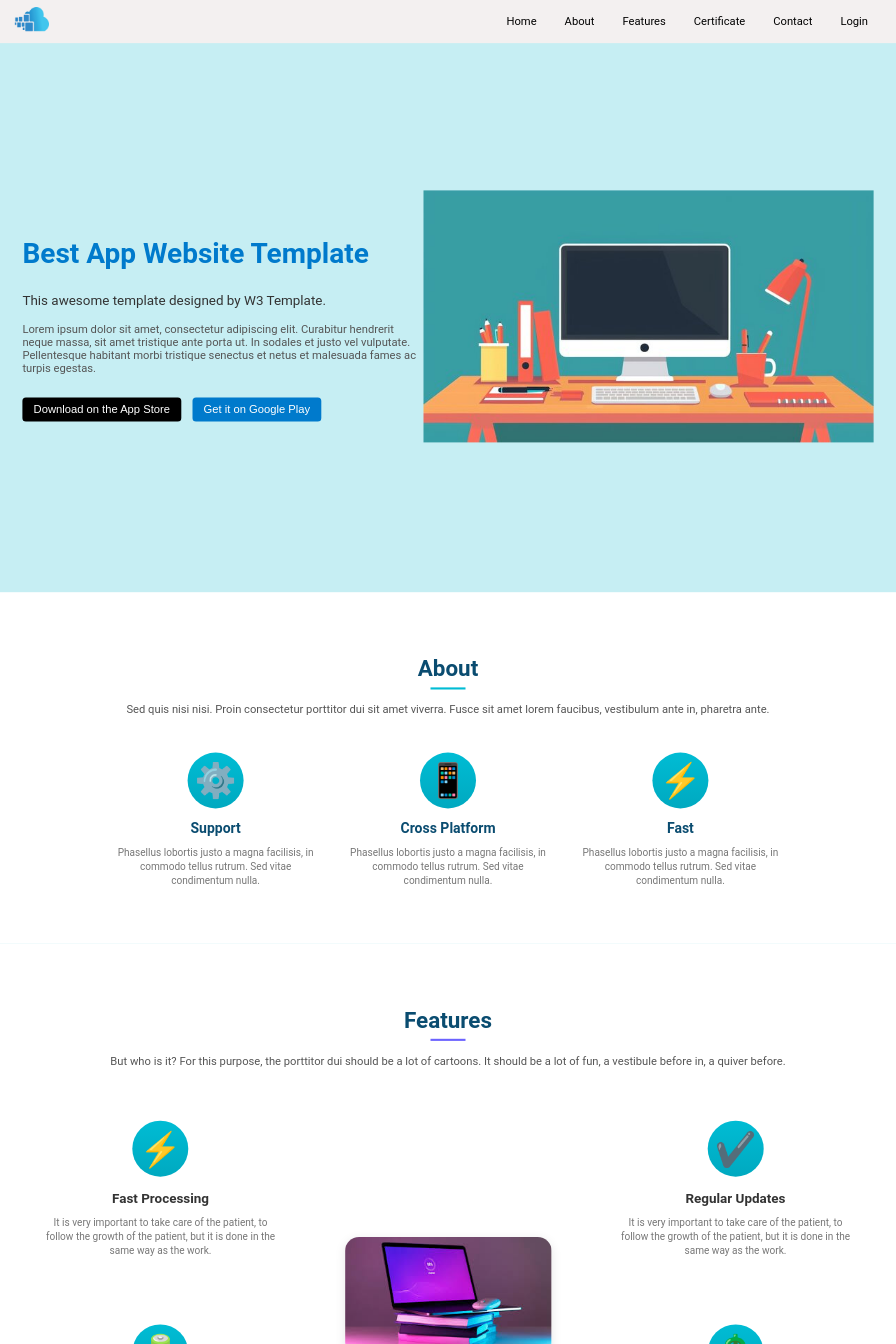
Repository: gautamsonam011/Institute
Page: /
An editor plug-in stored every save of this project. The page is shown before and after the next save, followed by the edit.
The browser window is 1280 px wide. The pictures show the part of the page from y = 0 to 1920 px (the page is 3719 px tall before and 3658 px after), at 70% of full size.
The project was rebuilt for these pictures with package versions that can differ from the ones it lists, and the page was loaded fresh each time. Also part of the build but not shown: vite.config.js, src/Header.jsx, src/Sidebar.jsx, src/Home.jsx, src/students/Addstudent.jsx, src/students/allstudent.css, src/students/Allstudents.jsx, src/Fee management/feehead.css and 9 more.

Above is the page before, as saved 2024-11-27 16:59:50.

### src/components/Last.jsx
import React from 'react'
import Navbar from './Navbar';
import Main from './Main';
import About from './About';
import Features from './Features';
import Team from './Team';
import Contact from './Contact'
import Footer from './Footer';

const Last = () => {
  return (
    <div>
      <Navbar/>
      <Main/>
      <About/>
      <Features/>
      <Team/>
      <Contact/>
      <Footer/>
    </div>
  )
}

export default Last

### src/students/addstudent.css
.form-container {
    width: 96%;
    margin: auto;
    padding: 20px;
    border: 1px solid #ccc;
    border-radius: 10px;
    background-color: #e0f7fa;
    box-shadow: 0 4px 10px rgba(0, 0, 0, 0.1);
  }

  h2 {
    color: #047d8d;
    text-align: center;
    margin-bottom: 20px;
    font-size: 1.5rem;
  }

  .form-group {
    margin-bottom: 20px;
  }

  label {
    display: block;
    font-weight: bold;
    color: #047d8d;
    margin-bottom: 5px;
  }

  input, select, textarea {
    width: 98%;
    padding: 12px;
    margin-top: 5px;
    border: 1px solid #b0bec5;
    border-radius: 4px;
    font-size: 1rem;
    transition: border-color 0.3s;
  }

  input:focus, select:focus, textarea:focus {
    border-color: #047d8d;
    outline: none;
  }

  button {
    padding: 10px 20px;
    background-color: #047d8d;
    color: white;
    border: none;
    cursor: pointer;
    font-size: 16px;
  }

  button:active {
    background-color: #64bdc9;;
  }

### src/components/Main.jsx
import React from "react";
import "./main.css";
import mainbg2 from '../assets/mainbg2.jpg'

const MainPage = () => {
  return (
    <div className="main-containerr">
      <section className="hero">
        <h1>Best App Website Template</h1>
        <p className="subtitle">This awesome template designed by W3 Template.</p>
        <p className="description">
          Lorem ipsum dolor sit amet, consectetur adipiscing elit. Curabitur
          hendrerit neque massa, sit amet tristique ante porta ut. In sodales
          et justo vel vulputate. Pellentesque habitant morbi tristique
          senectus et netus et malesuada fames ac turpis egestas.
        </p>
        <div className="download-buttons">
          <button className="app-store">Download on the App Store</button>
          <button className="google-play">Get it on Google Play</button>
        </div>
      </section>
      <section className="phone-mockup">
        <img src={mainbg2} alt="App Mockup" />
      </section>
    </div>
  );
};

export default MainPage;

### src/components/About.jsx
import React from "react";
import "./about.css";

const About = () => {
  return (
    <section className="about-section" id="about">
      <div className="about-container">
        <h2 className="about-title">About</h2>
        <hr className="about-divider" />
        <p className="about-description">
          Sed quis nisi nisi. Proin consectetur porttitor dui sit amet viverra.
          Fusce sit amet lorem faucibus, vestibulum ante in, pharetra ante.
        </p>
        <div className="about-features">
          <div className="feature">
            <div className="feature-icon support-icon"></div>
            <h3>Support</h3>
            <p>
              Phasellus lobortis justo a magna facilisis, in commodo tellus
              rutrum. Sed vitae condimentum nulla.
            </p>
          </div>
          <div className="feature">
            <div className="feature-icon cross-platform-icon"></div>
            <h3>Cross Platform</h3>
            <p>
              Phasellus lobortis justo a magna facilisis, in commodo tellus
              rutrum. Sed vitae condimentum nulla.
            </p>
          </div>
          <div className="feature">
            <div className="feature-icon fast-icon"></div>
            <h3>Fast</h3>
            <p>
              Phasellus lobortis justo a magna facilisis, in commodo tellus
              rutrum. Sed vitae condimentum nulla.
            </p>
          </div>
        </div>
      </div>
    </section>
  );
};

export default About;

### src/components/Team.jsx
import React from "react";
import "./team.css";
import user1 from '../assets/user1.jpg';
import user2 from '../assets/user2.jpg';
import user3 from '../assets/user3.jpg'

const OurTeam = () => {
  const teamMembers = [
    {
      name: "Jane Doe",
      image: user1, // Replace with the correct image path
      title: "Web Developer",
    },
    {
      name: "John Smith",
      image: user2, // Replace with the correct image path
      title: "UI/UX Designer",
    },
    {
      name: "Mike Johnson",
      image: user3, // Replace with the correct image path
      title: "Project Manager",
    },
  ];

  return (
    <section className="our-team">
      <div className="container">
        <h2 className="team-heading">Our Team</h2>
        <p className="team-description">
          Sed quis nisi nisi. Proin consectetur porttitor dui sit amet viverra. Fusce sit amet lorem faucibus, vestibulum ante in, pharetra ante.
        </p>
        <div className="team-members">
          {teamMembers.map((member, index) => (
            <div key={index} className="team-member">
              <img
                src={member.image}
                alt={member.name}
                className="team-member-img"
              />
              <h3 className="member-name">{member.name}</h3>
              <p className="member-title">{member.title}</p>
            </div>
          ))}
        </div>
      </div>
    </section>
  );
};

export default OurTeam;

### src/components/Footer.jsx
import React from "react";
import "./footer.css";

const Footer = () => {
  return (
    <footer className="footer">
      <div className="container">
        <div className="footer-content">
          {/* About Section */}
          <div className="footer-section">
            <h3>About Us</h3>
            <p>
              We provide excellent training services and certifications. Our goal is to help you grow professionally and achieve your career goals.
            </p>
          </div>
          {/* Quick Links */}
          <div className="footer-section">
            <h3>Quick Links</h3>
            <ul className="footer-links">
              <li><a href="#home">Home</a></li>
              <li><a href="#about">About</a></li>
              <li><a href="#features">Features</a></li>
              <li><a href="#contact">Contact</a></li>
            </ul>
          </div>
          {/* Contact Info */}
          <div className="footer-section">
            <h3>Contact Us</h3>
            <p>New Delhi, India</p>
            <p>Phone: 009900990099</p>
            <p>Email: info@example.com</p>
          </div>
        </div>
        {/* Social Media */}
        <div className="footer-social">
          <a href="#" className="social-icon">
            <i className="fab fa-facebook-f"></i>
          </a>
          <a href="#" className="social-icon">
            <i className="fab fa-twitter"></i>
          </a>
          <a href="#" className="social-icon">
            <i className="fab fa-instagram"></i>
          </a>
          <a href="#" className="social-icon">
            <i className="fab fa-linkedin-in"></i>
          </a>
        </div>
        {/* Footer Bottom */}
        <div className="footer-bottom">
          <p>© 2024 Your Company. All Rights Reserved.</p>
        </div>
      </div>
    </footer>
  );
};

export default Footer;

### src/components/navbar.css
/* Navbar styles */
.navbar {
  display: flex;
  justify-content: space-between;
  align-items: center;
  padding: 10px 20px;
  background-color: #f3f0f0;
}

.navbar .logo img {
  width: 50px;
}

.navbar .nav-links {
  display: flex;
  gap: 20px;
}

.navbar .nav-links ul {
  list-style: none;
  margin: 0;
  padding: 0;
  display: flex;
}

.navbar .nav-links li a {
  color: rgb(2, 2, 2);
  text-decoration: none;
  padding: 10px 20px;
}

.navbar .hamburger {
  display: none;
  cursor: pointer;
}

.navbar .hamburger .bar {
  width: 25px;
  height: 4px;
  background-color: rgb(14, 13, 13);
  margin: 5px;
  transition: all 0.3s;
}

/* Show the hamburger icon on small screens */
@media (max-width: 768px) {
  .navbar .nav-links {
    display: none;
    width: 100%;
    flex-direction: column;
    align-items: center;
    position: absolute;
    top: 60px;
    left: 0;
    background-color: #333;
    z-index: 100;
  }

  .navbar .nav-links.active {
    display: flex;
  }

  .navbar .hamburger {
    display: block;
  }

  .navbar .hamburger.active .bar:nth-child(1) {
    transform: rotate(45deg);
    position: relative;
    top: 9px;
  }

  .navbar .hamburger.active .bar:nth-child(2) {
    opacity: 0;
  }

  .navbar .hamburger.active .bar:nth-child(3) {
    transform: rotate(-45deg);
    position: relative;
    top: -9px;
  }
}

### src/components/main.css
.main-containerr {
    padding: 2rem;
    background-color: #c6eef3;
    display: flex;
    justify-content: space-between;
    align-items: center;
    min-height: 100vh;
  }

  .hero {
    max-width: 50%;
  }

  .hero h1 {
    font-size: 2.5rem;
    color: #007acc;
  }

  .hero .subtitle {
    margin-top: 0.5rem;
    font-size: 1.2rem;
    color: #333;
  }

  .hero .description {
    margin-top: 1rem;
    font-size: 1rem;
    color: #555;
  }

  .download-buttons {
    margin-top: 2rem;
  }

  .download-buttons button {
    margin-right: 1rem;
    padding: 0.5rem 1rem;
    font-size: 1rem;
    border: none;
    border-radius: 5px;
    cursor: pointer;
  }

  .app-store {
    background-color: black;
    color: white;
  }

  .google-play {
    background-color: #007acc;
    color: white;
  }

  .phone-mockup img {
    max-height: 1000px;
  }
  @media (max-width: 768px) {
    .hero, .phone-mockup {
      max-width: 100%; /* Stacks the content vertically */
      text-align: center;
    }

    .main-containerr {
      flex-direction: column;
    }
  }

### src/components/about.css
.about-section {
    padding: 4rem 2rem;
    text-align: center;
    background-color: white;
  }

  .about-container {
    max-width: 1200px;
    margin: 0 auto;
  }

  .about-title {
    font-size: 2rem;
    color: #0a4c70;
    font-weight: bold;
    margin-bottom: 0.5rem;
  }

  .about-divider {
    width: 50px;
    height: 3px;
    background-color: #00bcd4;
    border: none;
    margin: 0.5rem auto;
  }

  .about-description {
    font-size: 1rem;
    color: #555;
    margin: 1rem 0 3rem;
    line-height: 1.6;
  }

  .about-features {
    display: flex;
    justify-content: center;
    gap: 2rem;
    flex-wrap: wrap;
  }

  .feature {
    text-align: center;
    max-width: 300px;
  }

  .feature-icon {
    width: 80px;
    height: 80px;
    margin: 0 auto 1rem;
    border-radius: 50%;
    background: linear-gradient(to bottom, #00bcd4, #00a9c0);
    display: flex;
    justify-content: center;
    align-items: center;
    font-size: 2rem;
    color: white;
    transition: transform 0.3s ease, background-color 0.3s ease;
  }

  .feature-icon:hover {
    transform: scale(1.2); /* Enlarges the icon on hover */
    background: linear-gradient(to bottom, #00a9c0, #00bcd4); /* Reverses the gradient */
    cursor: pointer;
  }

  .support-icon::before {
    content: "⚙️"; /* Replace with an actual image or icon if desired */
  }

  .cross-platform-icon::before {
    content: "📱"; /* Replace with an actual image or icon if desired */
  }

  .fast-icon::before {
    content: "⚡"; /* Replace with an actual image or icon if desired */
  }

  .feature h3 {
    font-size: 1.25rem;
    color: #0a4c70;
    margin: 0.5rem 0;
  }

  .feature p {
    font-size: 0.9rem;
    color: #777;
    line-height: 1.4;
  }

### src/components/features.css
.features-section {
    padding: 4rem 2rem;
    text-align: center;
    background-color: white;
  }

  .features-container {
    max-width: 1200px;
    margin: 0 auto;
  }

  .features-title {
    font-size: 2rem;
    color: #0a4c70;
    font-weight: bold;
    margin-bottom: 0.5rem;
  }

  .features-divider {
    width: 50px;
    height: 3px;
    background-color: #6c63ff;
    margin: 0.5rem auto 1rem;
  }

  .features-description {
    font-size: 1rem;
    color: #555;
    margin-bottom: 3rem;
    line-height: 1.6;
  }

  .features-content {
    display: flex;
    align-items: center;
    justify-content: space-between;
    gap: 2rem;
  }

  .features-column {
    display: flex;
    flex-direction: column;
    gap: 2rem;
    flex: 1;
  }

  .feature-card {
    text-align: center;
    padding: 1.5rem;
    /* border: 1px solid #ddd; */
    /* border-radius: 10px;
    background: #f9f9f9; */
    transition: transform 0.3s ease, box-shadow 0.3s ease;
  }

  .feature-card:hover {
    transform: translateY(-10px);
    box-shadow: 0 8px 20px rgba(0, 0, 0, 0.15);
  }

  .feature-icon {
    font-size: 3rem;
    color: #6c63ff;
    margin-bottom: 1rem;
  }

  .feature-title {
    font-size: 1.2rem;
    color: #333;
    font-weight: bold;
    margin-bottom: 0.5rem;
  }

  .feature-description {
    font-size: 0.9rem;
    color: #777;
    line-height: 1.4;
  }

  .features-image {
    flex: 1;
    display: flex;
    justify-content: center;
    align-items: center;
  }

  .features-image img {
    max-width: 100%;
    height: auto;
    border-radius: 20px;
    box-shadow: 0 4px 15px rgba(0, 0, 0, 0.1);
  }

### src/components/team.css
.our-team {
    text-align: center;
    padding: 50px 20px;
    background-color: #f9f9f9;
  }

  .team-heading {
    font-size: 2rem;
    color: #0a4c70;
    font-weight: bold;
    margin-bottom: 20px;
  }

  .team-description {
    color: #555;
    font-size: 1rem;
    margin-bottom: 40px;
  }

  .team-members {
    display: flex;
    justify-content: center;
    gap: 60px; /* Increased gap between images */
    flex-wrap: wrap;
  }

  .team-member {
    max-width: 250px; /* Allows for a larger size */
    text-align: center;
  }

  .team-member-img {
    width: 150px; /* Larger circle size */
    height: 150px; /* Match width for a perfect circle */
    border-radius: 50%;
    object-fit: cover;
    margin-bottom: 15px;
    border: 3px solid #ddd; /* Optional: Add a border for better appearance */
  }

  .member-name {
    font-size: 1rem;
    font-weight: bold;
    color: #333;
    margin-top: 10px;
  }

  .member-title {
    font-size: 0.9rem;
    color: #777;
  }

### src/components/contact.css
.contact-us {
    text-align: center;
    padding: 70px 40px;
    background-color: #f9f9f9;
  }

  .contact-heading {
    font-size: 2rem;
    color: #0a4c70;
    font-weight: bold;
    margin-bottom: 10px;
  }

  .contact-description {
    color: #555;
    font-size: 1rem;
    margin-bottom: 40px;
  }

  .contact-content {
    display: flex;
    justify-content: space-between;
    gap: 20px;
    flex-wrap: wrap;
    max-width: 1200px; /* Restrict max width */
    margin: 0 auto; /* Center content horizontally */
  }

  .contact-form {
    flex: 1;
    max-width: 60%;
  }

  .contact-info {
    flex: 1;
    max-width: 30%;
    background: #e0f7fa;
    padding: 20px;
    border-radius: 10px;
  }

  .form-row {
    display: flex;
    gap: 10px;
    margin-bottom: 15px;
  }

  .form-input {
    width: 100%;
    padding: 10px;
    border: 1px solid #ddd;
    border-radius: 25px;
  }

  .form-textarea {
    width: 100%;
    padding: 10px;
    height: 100px;
    border: 1px solid #ddd;
    border-radius: 5px;
  }

  .form-submit {
    width: 100%;
    padding: 10px;
    background: #0a4c70;
    color: white;
    border: none;
    border-radius: 5px;
    cursor: pointer;
    font-weight: bold;
  }

  .info-box {
    text-align: left;
    margin-bottom: 15px;
  }

  .info-box p {
    margin: 0;
    color: #333;
  }

  .info-box strong {
    display: block;
    margin-bottom: 5px;
    color: #0a4c70;
  }

### src/components/footer.css
.footer {
    background-color: #0a4c70;
    color: white;
    padding: 40px 20px;
    text-align: center;
  }

  .container {
    max-width: 1200px;
    margin: 0 auto;
  }

  .footer-content {
    display: flex;
    justify-content: space-between;
    flex-wrap: wrap;
    margin-bottom: 20px;
  }

  .footer-section {
    flex: 1;
    min-width: 200px;
    margin: 10px;
  }

  .footer-section h3 {
    font-size: 1.2rem;
    margin-bottom: 10px;
    color: #e0f7fa;
  }

  .footer-section p,
  .footer-section a {
    font-size: 0.9rem;
    color: white;
    line-height: 1.6;
  }

  .footer-section a {
    text-decoration: none;
    color: #e0f7fa;
  }

  .footer-section a:hover {
    text-decoration: underline;
  }

  .footer-links {
    list-style: none;
    padding: 0;
  }

  .footer-links li {
    margin-bottom: 8px;
  }

  .footer-links a {
    color: white;
    text-decoration: none;
  }

  .footer-links a:hover {
    text-decoration: underline;
  }

  .footer-social {
    margin: 20px 0;
  }

  .social-icon {
    margin: 0 10px;
    font-size: 1.2rem;
    color: white;
    text-decoration: none;
  }

  .social-icon:hover {
    color: #e0f7fa;
  }

  .footer-bottom {
    border-top: 1px solid #e0f7fa;
    padding-top: 10px;
    font-size: 0.8rem;
    color: #e0f7fa;
  }

Loaded but not shown: index.html (common file); src/main.jsx (common file); src/App.css (268 lines, source omitted); src/components/Navbar.jsx (119 lines, source omitted); src/App.jsx (72 lines, source omitted); src/components/Features.jsx (77 lines, source omitted); src/components/Contact.jsx (73 lines, source omitted)

After the next save:
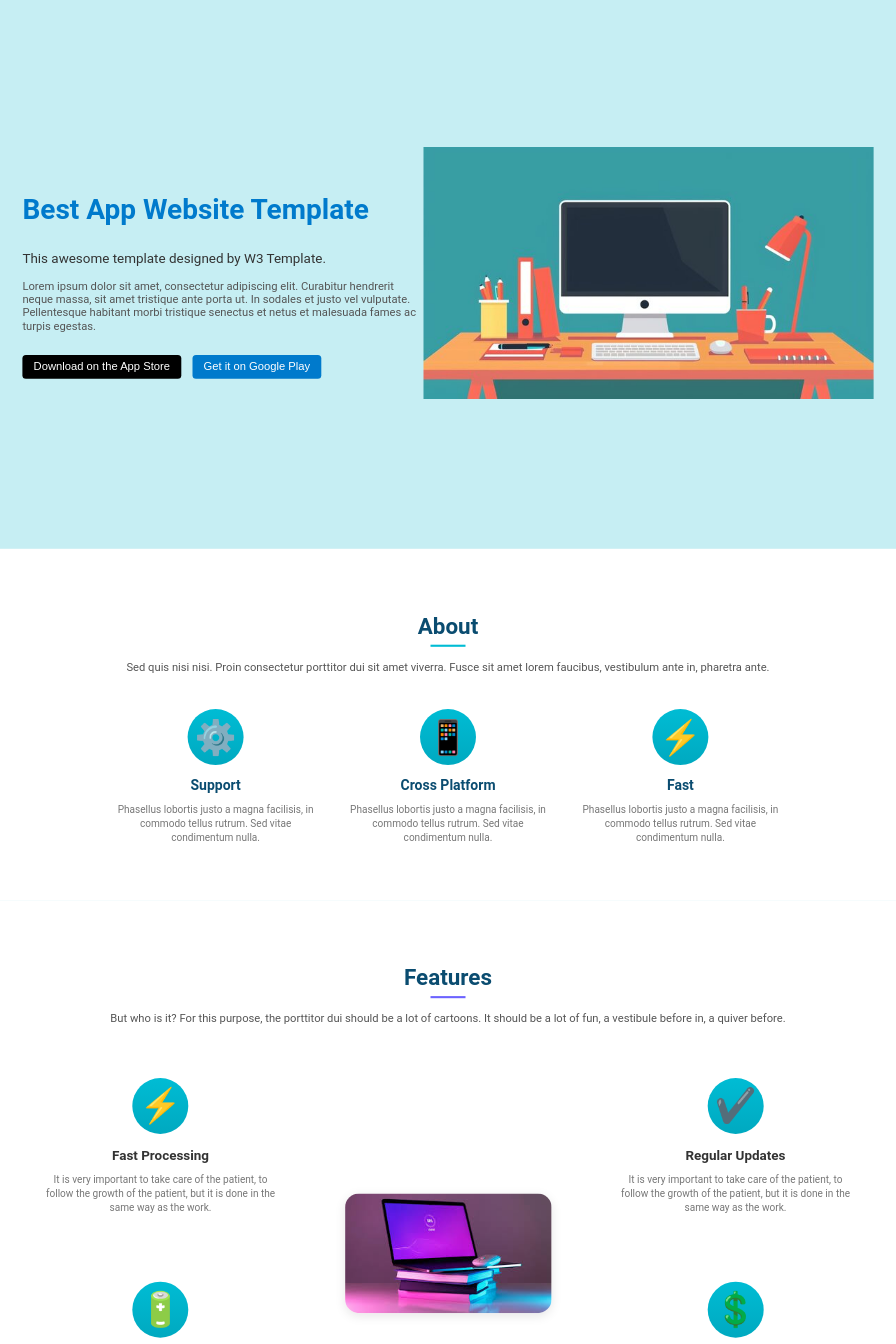
Saved 17 h 31 min later.
--- a/src/components/Last.jsx
+++ b/src/components/Last.jsx
@@ -10,7 +10,7 @@
 const Last = () => {
   return (
     <div>
-      <Navbar/>
+      {/* <Navbar/> */}
       <Main/>
       <About/>
       <Features/>

After the save that followed:
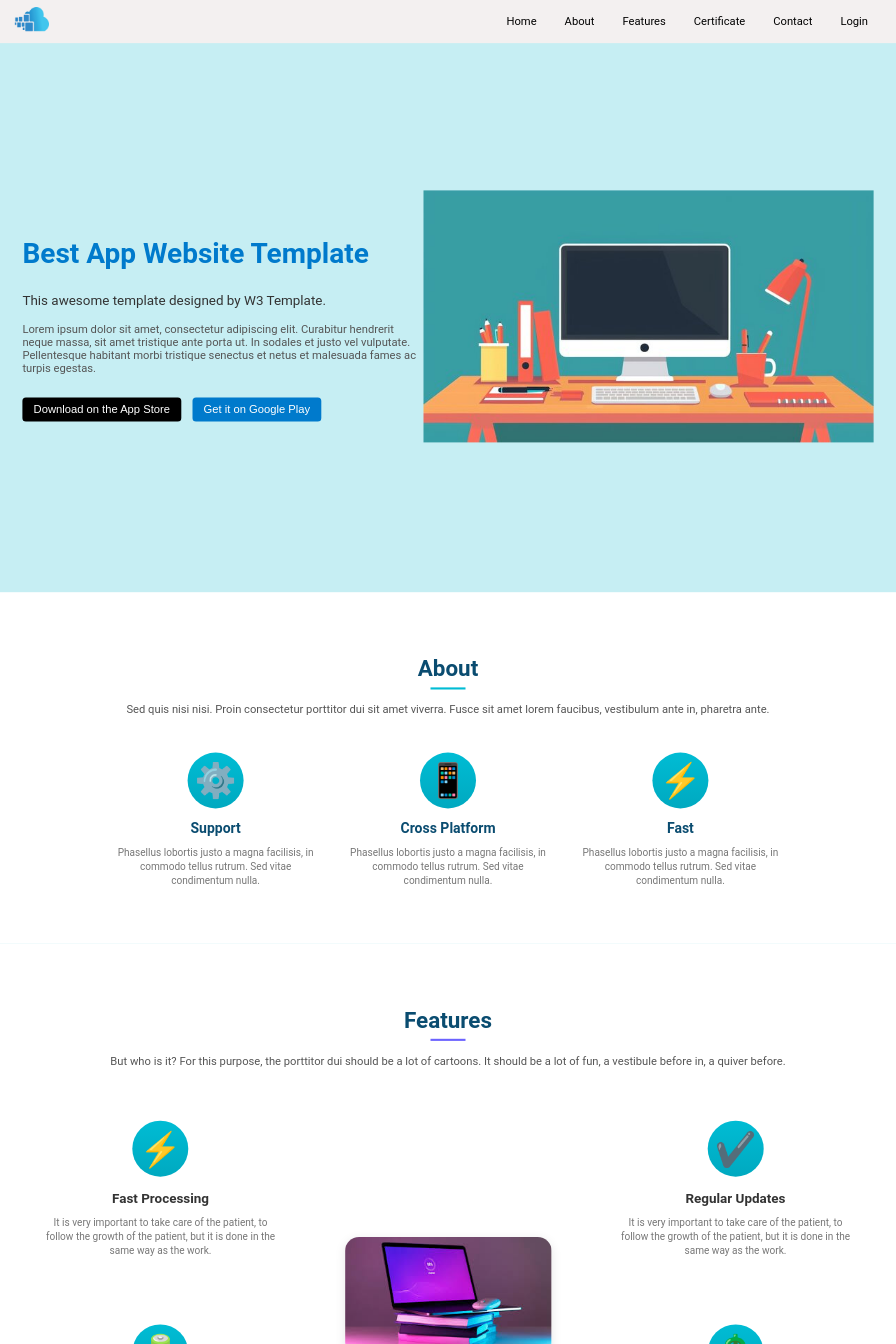
Saved 86 s later.
--- a/src/components/Last.jsx
+++ b/src/components/Last.jsx
@@ -10,7 +10,7 @@
 const Last = () => {
   return (
     <div>
-      {/* <Navbar/> */}
+      <Navbar/>
       <Main/>
       <About/>
       <Features/>
